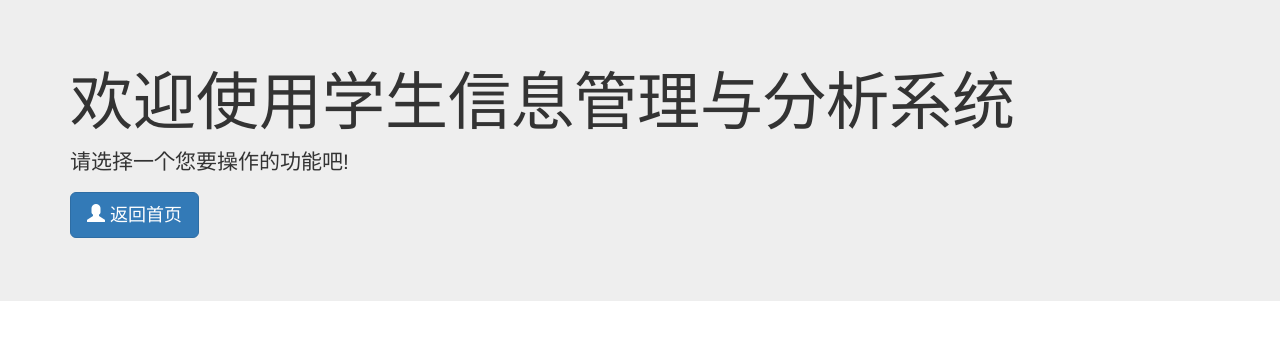
Repository: HelloChuang/HelloChuang-EclipseWorkSpace
Page: http://localhost/SpringMVCFight/error.jsp
The author's editor kept a copy of each file at every save. The page is drawn from the files as they stood at one save, then again after the next save.
The browser window is 1280 px wide. The pictures show the whole page.
The page is served by Tomcat 9. Nobody is signed in. The application's start-up code is not run. Other server files are loaded and not shown.

Above is the page before, as saved 2018-11-05 14:07:35.

### EclipseWorkSpace/SpringMVCFight/src/main/webapp/error.jsp
<%@ page language="java" contentType="text/html; charset=UTF-8"
	pageEncoding="UTF-8"%>
<!DOCTYPE html>
<html>
<head>
<meta http-equiv="Content-Type" content="text/html; charset=UTF-8">
<title>学生信息管理与分析系统</title>
<!-- 引入CSS -->
<link rel="stylesheet" href="css/bootstrap.min.css">
<!-- 引入JS -->
<script type="text/javascript" src="${pageContext.request.contextPath}/js/jquery-1.9.1.js"></script>
<script type="text/javascript" src="${pageContext.request.contextPath}/js/bootstrap.min.js"></script>
<script type="text/javascript">
	// 分页查询
	function stuManage(){
		window.location.href = "${pageContext.request.contextPath}/findStudentsByPage?pageIndex=1";
	}
	// 信息统计
	function stuTongJi(){
		window.location.href = "${pageContext.request.contextPath}/studentTongJiIndex";
	}
</script>
</head>
<body>
	<div class="jumbotron">
	    <div class="container">
	        <h1>欢迎使用学生信息管理与分析系统</h1>
	        <p>请选择一个您要操作的功能吧!</p>
	        <p>
	        	<button type="button" class="btn btn-primary btn-lg" onclick="stuManage();">
				  <span class="glyphicon glyphicon-user"></span> 返回首页
				</button>
	        </p>

	    </div>
	</div>
</body>
</html>

Loaded but not shown: EclipseWorkSpace/SpringMVCFight/src/main/webapp/css/bootstrap.min.css (library); EclipseWorkSpace/SpringMVCFight/src/main/webapp/js/jquery-1.9.1.js (library); EclipseWorkSpace/SpringMVCFight/src/main/webapp/js/bootstrap.min.js (library)

After the next save:
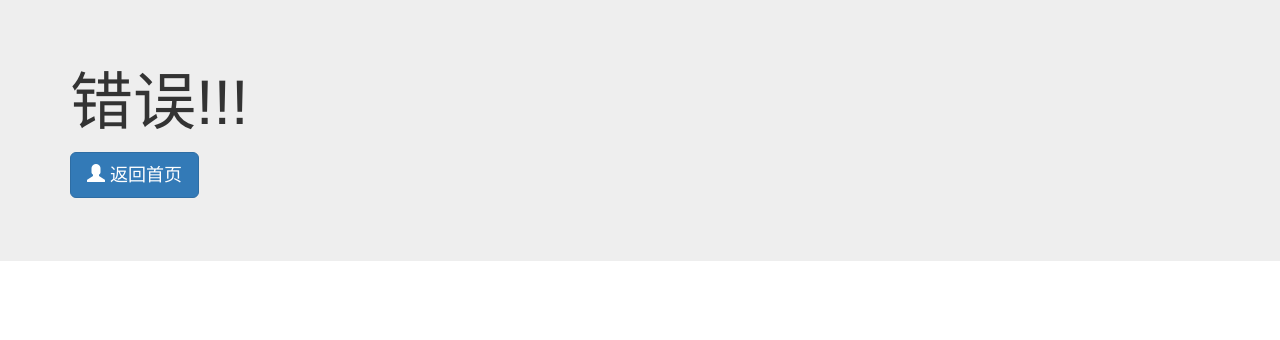
Saved 17 s later.
--- a/EclipseWorkSpace/SpringMVCFight/src/main/webapp/error.jsp
+++ b/EclipseWorkSpace/SpringMVCFight/src/main/webapp/error.jsp
@@ -24,8 +24,8 @@
 <body>
 	<div class="jumbotron">
 	    <div class="container">
-	        <h1>欢迎使用学生信息管理与分析系统</h1>
-	        <p>请选择一个您要操作的功能吧!</p>
+	        <h1>错误!!!</h1>
+	        <p>${msg}</p>
 	        <p>
 	        	<button type="button" class="btn btn-primary btn-lg" onclick="stuManage();">
 				  <span class="glyphicon glyphicon-user"></span> 返回首页
